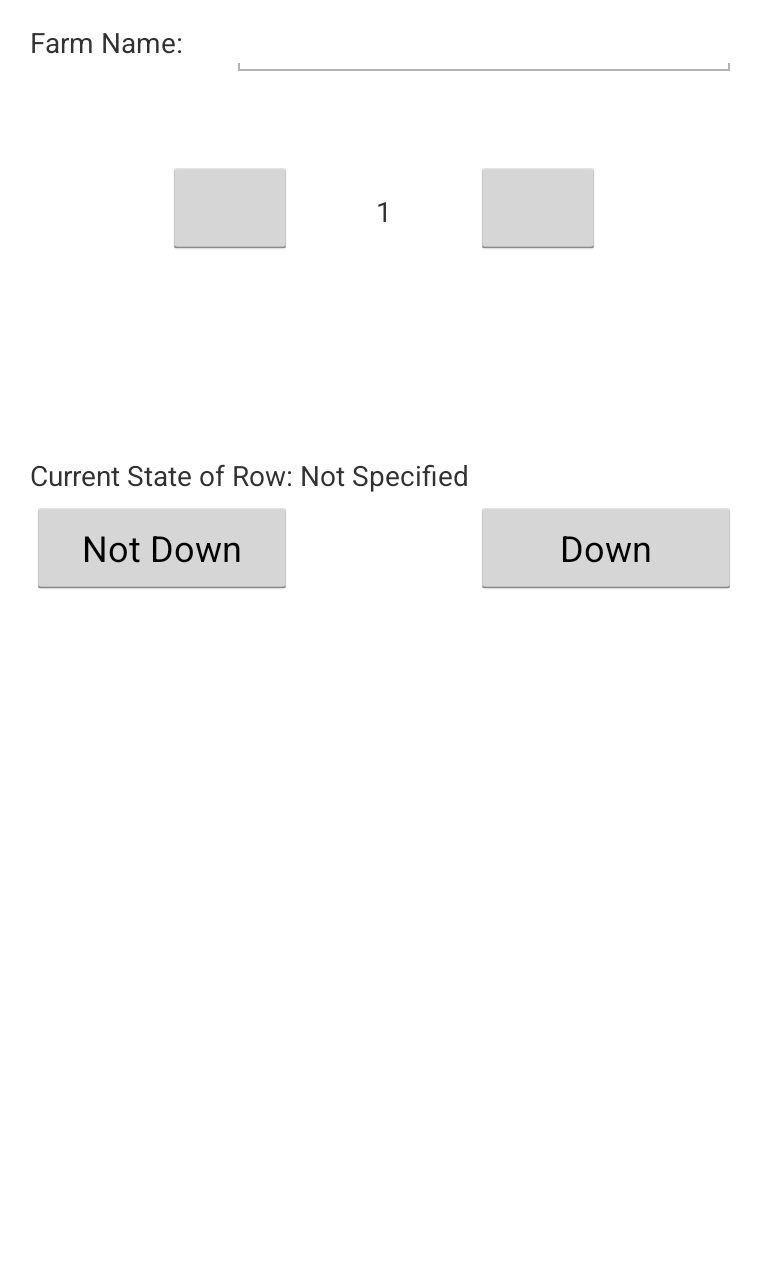
Repository: cokembel/FarmHand
Layout: FarmHand/res/layout/activity_main.xml
The author's editor kept a copy of each file at every save. The layout is drawn from the files as they stood at one save, then again after the next save.
It is drawn on a 768 x 1280 px phone screen (xhdpi) without system bars, with theme AppTheme; the app's code is not run.

Above is the layout before, as saved 2012-12-05 10:53:14.

After the next save:
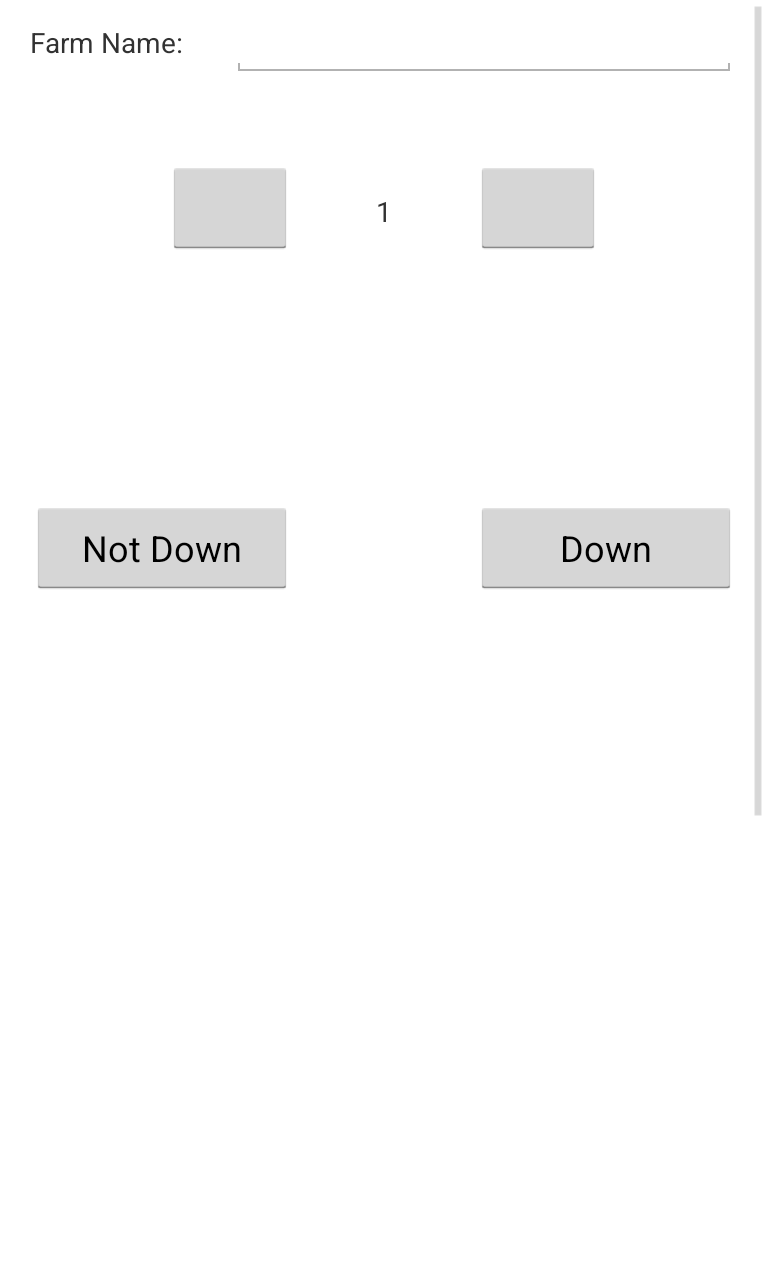
Saved 7 s later.
--- a/FarmHand/res/layout/activity_main.xml
+++ b/FarmHand/res/layout/activity_main.xml
@@ -86,7 +86,7 @@
                 android:layout_height="wrap_content"
                 android:layout_alignLeft="@+id/farm_label"
                 android:layout_below="@+id/prev_row_button"
-                android:layout_marginTop="100dp"
+                android:layout_marginTop="850dp"
                 android:text="@string/status"/>
 
         </RelativeLayout>
